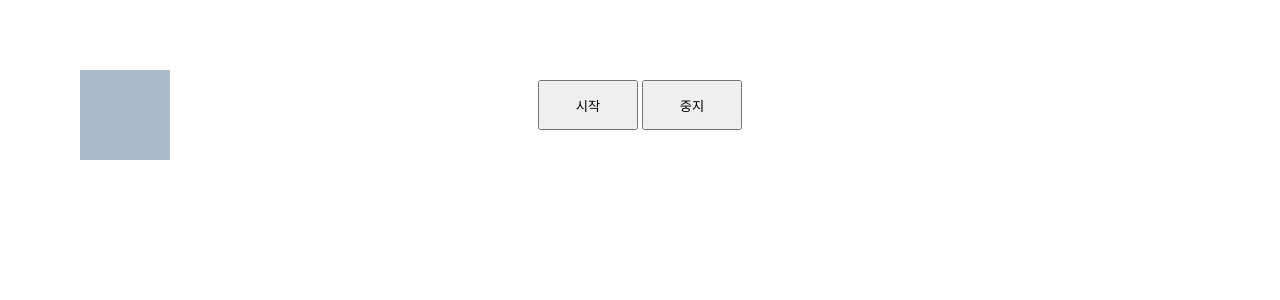
Repository: IreneCho/sk
Page: jqueryTest/WebContent/20160816/animation.html
An editor plug-in stored every save of this project. The page is shown before and after the next save, followed by the edit.
The browser window is 1280 px wide. The pictures show the whole page.
Some web libraries are served in a nearby version.

Above is the page before, as saved 2016-08-16 08:07:45.

After the next save:
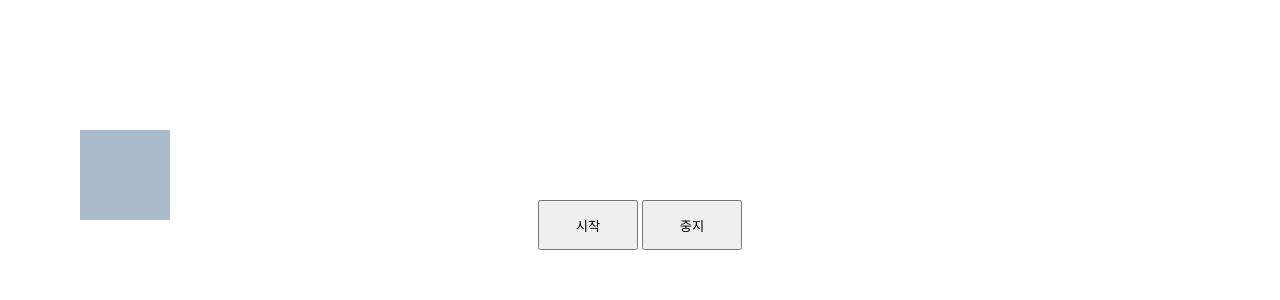
Saved 12 s later.
--- a/jqueryTest/WebContent/20160816/animation.html
+++ b/jqueryTest/WebContent/20160816/animation.html
@@ -11,8 +11,8 @@
  	}
 
  	#imgBox{
-			margin:20px;
-			padding:20px;
+			margin:50px;
+			padding:50px;
 		}
 
 
